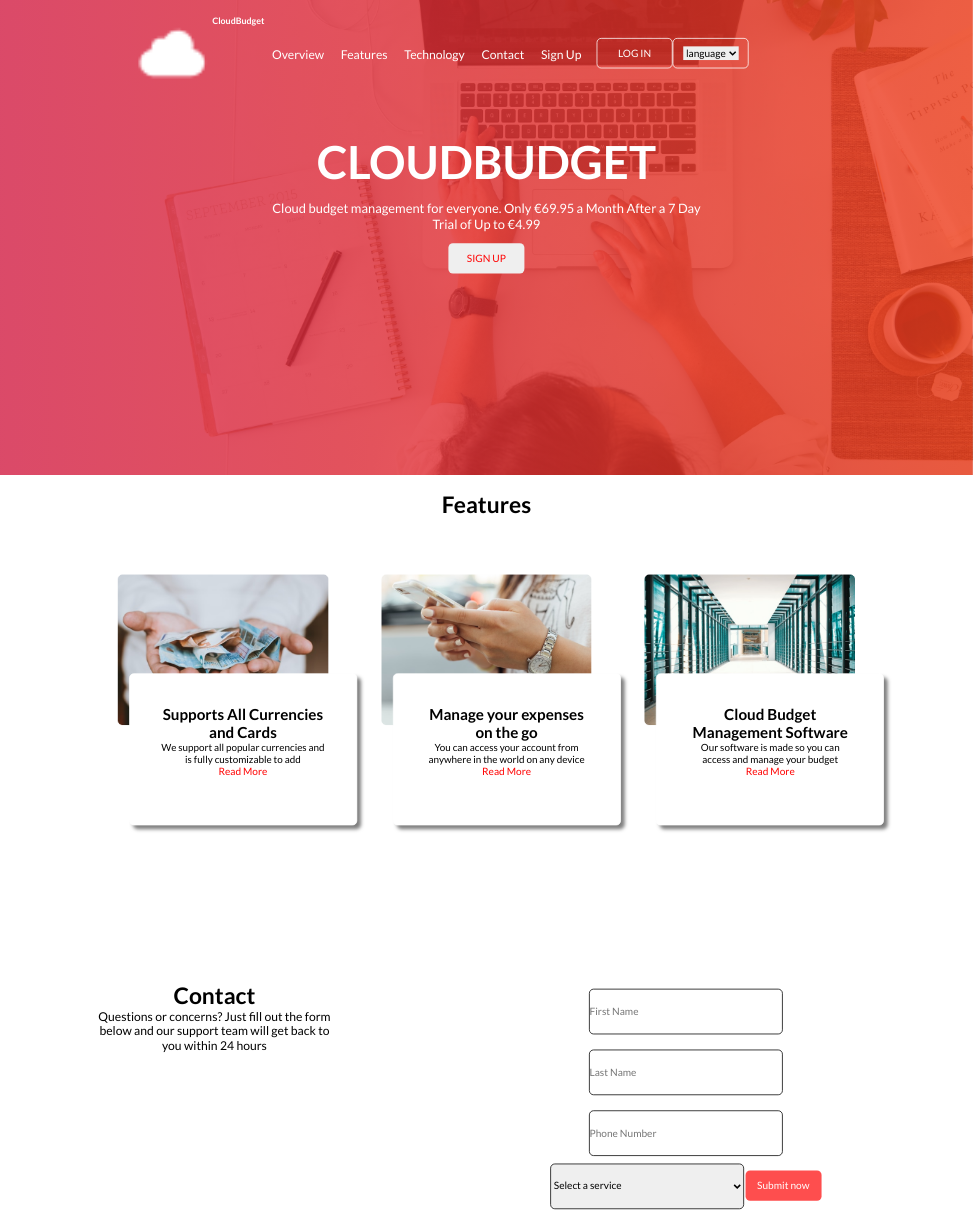
Repository: havvanurrana/website3
Page: index.html
These files come from the project's save history. The page is drawn as it stood at one moment and after the next save; the edit follows.
The browser window is 1280 px wide. The pictures show the whole page, at 76% of full size.

Above is the page before, as saved 2024-07-30 21:47:31.
Console error: TypeError: Cannot read properties of null (reading 'addEventListener')

### index.html
<!DOCTYPE html>
<html lang="tr">
  <head>
    <meta charset="UTF-8" />
    <meta name="viewport" content="width=device-width, initial-scale=1.0" />
    <title>CloudBudget</title>
    <link rel="stylesheet" href="style.css" />
    <link
      rel="stylesheet"
      href="https://cdnjs.cloudflare.com/ajax/libs/font-awesome/6.5.2/css/all.min.css"
      integrity="sha512-SnH5WK+bZxgPHs44uWIX+LLJAJ9/2PkPKZ5QiAj6Ta86w+fsb2TkcmfRyVX3pBnMFcV7oQPJkl9QevSCWr3W6A=="
      crossorigin="anonymous"
      referrerpolicy="no-referrer"
    />
    <link
      href="https://fonts.googleapis.com/css2?family=Lato:wght@400;700&display=swap"
      rel="stylesheet"
    />
  </head>
  <body>
    <section class="overview-section">
        <div class="linear-gradient"></div>
        <div class="content">
            <h3>CLOUDBUDGET</h3>
            <p>
                Cloud budget management for everyone. Only €69.95 a Month After a 7
                Day Trial of Up to €4.99
            </p>
            <button>SIGN UP</button>
        </div>
    </section>
    <header class="header-menu">
        <div class="markaamblem">
            <img src="assets/cloud.png" />
            <h3>CloudBudget</h3>
        </div>
        <nav class="navbar">
            <a href="#" class="navbarsect">Overview</a>
            <a href="#" class="navbarsect">Features</a>
            <a href="#" class="navbarsect">Technology</a>
            <a href="#" class="navbarsect">Contact</a>
            <a href="#" class="navbarsect">Sign Up</a>
        </nav>
        <div class="buttons">
            <button>LOG IN</button>
            <button>
                <select id="language" name="language">
                    <option value="">language</option>
                    <option value="uk">UK</option>
                    <option value="turk">Turkish</option>
                    <option value="sp">Spanish</option>
                    <option value="fr">French</option>
                </select>
            </button>
                <div class="toggle-menu">
                    <button>
                        <i class="fas fa-bars"></i>
                    </button>
                </div>
        </div>
    </header>

    <!--features kısmı -->
    <div class="featureshead">
        <h1>Features</h1>
    </div>
    <div class="features">
        <div class="featuressection">
            <div class="img">
                <img src="../assets/money.png" />
            </div>
            <div class="featurescard">
                <div>
                    <h1>Supports All Currencies and Cards</h1>
                </div>
                <div>
                    <p>
                        We support all popular currencies and is fully customizable to add
                    </p>
                </div>
                <button>Read More</button>
            </div>
      </div>
      <div class="featuressection">
          <div>
                <div class="img">
                    <img src="../assets/hand.png" />
                </div>
                <div class="featurescard">
                    <h1>Manage your expenses on the go</h1>
                        <p>
                          You can access your account from anywhere in the world on any
                          device
                        </p>
                    <button>Read More</button>
                </div>
            </div>
      </div>
          <div class="featuressection">
              <div>
                    <div class="img">
                        <img src="../assets/building.png" />
                    </div>
                    <div class="featurescard">
                          <h1>Cloud Budget Management Software</h1>
                          <p>Our software is made so you can access and manage your budget</p>
                          <button>Read More</button>
                    </div>
              </div>
          </div>
    </div>
    <!--contact kısmı-->
    <section >
        <div class="contact">
        <div class="contact-text">
            <h1>Contact</h1>
            <p>
              Questions or concerns? Just fill out the form below and our support
              team will get back to you within 24 hours
            </p>
        </div>
        <div class="input">
            <input
            type="text"
            id="username"
            name="username"
            placeholder="First Name"
            />
            <input
            type="text"
            id="username"
            name="username"
            placeholder="Last Name"
            />
            <input
            type="text"
            id="username"
            name="username"
            placeholder="Phone Number"
            />
            <select id="service" name="service">
            <option value="">Select a service</option>
            <option value="service1">Service 1</option>
            <option value="service2">Service 2</option>
            <option value="service3">Service 3</option>
            <option value="service4">Service 4</option>
            </select>
            <button>Submit now</button>
        </div>
    </div>
    </section>
    <script>
        document.addEventListener('DOMContentLoaded', function() {
  const menuIcon = document.getElementById('menu-icon');
  const navList = document.getElementById('nav-list');

  menuIcon.addEventListener('click', function() {
    navList.classList.toggle('show');
  });
});
    </script>
  </body>
</html>

### style.css
/* genel*/
*{
   margin:0;
   padding: 0;
   box-sizing: border-box;
   outline: none;
   border: none;
   text-decoration: none;
   font-family: Lato;
}

html {
    font-size: 62.5%;
    overflow-x: hidden;
    scroll-behavior: smooth;
    scroll-padding-top: 9rem ;
 }
h1{
   font-size: 30px;
}
 /* header menu ve  amblem ve ilk ekran cssleri*/

.markaamblem{
   display: flex;
   justify-content: flex-start;
   color: white;
}

.header-menu{
   display: flex;
   justify-content: space-between;
   align-items: center ;
   padding: 0 7%;
   margin: 2rem 7%;
   z-index: 3;
   top: 0;
   position:absolute;
}
.header-menu .markaamblem img{
   height: 10rem;
}
.header-menu .navbar a{
   margin: 0 1rem;
   font-size: 1.6rem;
   color: white;
   z-index: 2;
}
  .header-menu button{
   border: 1px , solid, rgb(255, 255, 255);
   border-radius: 6px;
   color:rgb(255, 255, 255);
   width: 100px;
   height: 40px;
   gap: 0px;
   background-color: transparent;
}
 .header-menu .buttons{
   padding-left: 10px;
   left: 1000px;
   display: flex;
   justify-content: flex-end;
 /*  position: absolute;*/
}
.overview-section{
   min-height: 100vh;
   display: flex;
   text-align: center;
   align-items: center;
   justify-content: center;
   background:  url(../assets/image1.png)
   no-repeat;
   background-size: cover;
   margin-top: -9.5rem;
}

.overview-section .content {
   max-width: 60rem;
   margin: 0.5rem;
   z-index: 2;
}
.overview-section .content h3{
   font-size: 6rem;
   margin: 0.5rem;
   color: white;
}
.overview-section .content p{
   font-size: 1.7rem;
   margin: 1.5rem;
   color: white;
}
.overview-section .content button{
   border:1px;
   width: 100px;
   height: 40px;
   border-radius: 6px;
   color: red;

}

.linear-gradient{
   min-height: 100vh;
   width: 100%;
   display: flex;
   z-index: 1;
   background: linear-gradient(90deg, rgba(213, 32, 71, 0.8) 0%, rgba(238, 61, 27, 0.8) 100%);
   position: absolute;
}

/* features kısmı*/
/* başlık*/
.featureshead{
   text-align: center;
   justify-content: center;
   margin: 1rem;
   padding: 1rem;
}
/* Kartlar*/
.features{
   display: grid;
   grid-template-columns: repeat(auto-fit, minmax(30rem, 1fr));
   margin:3rem;
   padding: 0 7%;
}
.featurescard{
   border-radius:0.6rem;
   border: 1px, solid, rgb(255, 255, 255);
   width: 30rem;
   height: 20rem;
   text-align: center;
   justify-content: center;
   align-items: center;
   padding: 4rem;
   margin: 3rem;
   background-color: white;
   transform: translate(-5%,-50%);
   box-shadow: 5px 5px 5px rgba(0, 0, 0,0.5);
}
.featuressection{
   justify-content: center;
   align-items: center;
   margin: 1rem;
   padding: 2.5rem;
}
.features img{
   width: 100%;
   object-fit: cover;
}
.featurescard h1{
   font-size: 2rem;
}
.featurescard p{
   font-size: 1.3rem;
}
.featurescard button{
   border: none;
   background-color: transparent;
   color: red;
}

/*Contact kısmı */


.contact{
   display: flex;
   flex-direction: row;
   margin: 2rem;
}
.contact div{
   text-align: center;
   justify-content: center;
   align-items: center;
   padding: 0 7%;
   margin: 1rem;
}
.contact h1{
   font-size: 30px;
}
.contact p{
   font-size: 16px;
}
input{
   width: 255px;
   height: 60px;
   border: 1px, solid, black;
   border-color: rgb(0, 0, 0);
   border-radius: 6px;
   margin: 1rem;
}
.contact select{
   width: 255px;
   height: 60px;
   border: 1px, solid, black;
   border-color: rgb(0, 0, 0);
   border-radius: 6px;
}
.contact button{
   width: 100px;
   height: 40px;
   border-radius: 6px;
   color: white;
   background-color: rgb(254, 78, 78);
}


/* toggle menu*/

.toggle-menu {
   display: none;
}

@media (max-width: 1200px) {
   .navbar {
       display: none;
   }
   .toggle-menu {
       display: block;
       left: 90%;
       position: absolute;
   }
}

.toggle-menu.active + .navbar {
   display: flex;
   flex-direction: column;
   position: absolute;
   top: 100%;
   left: 0;
   right: 0;
   background-color: #333;
   z-index: 1;
}

.toggle-menu button {
   background: none;
   border: none;
   color: white;
   font-size: 2rem;
}

After the next save:
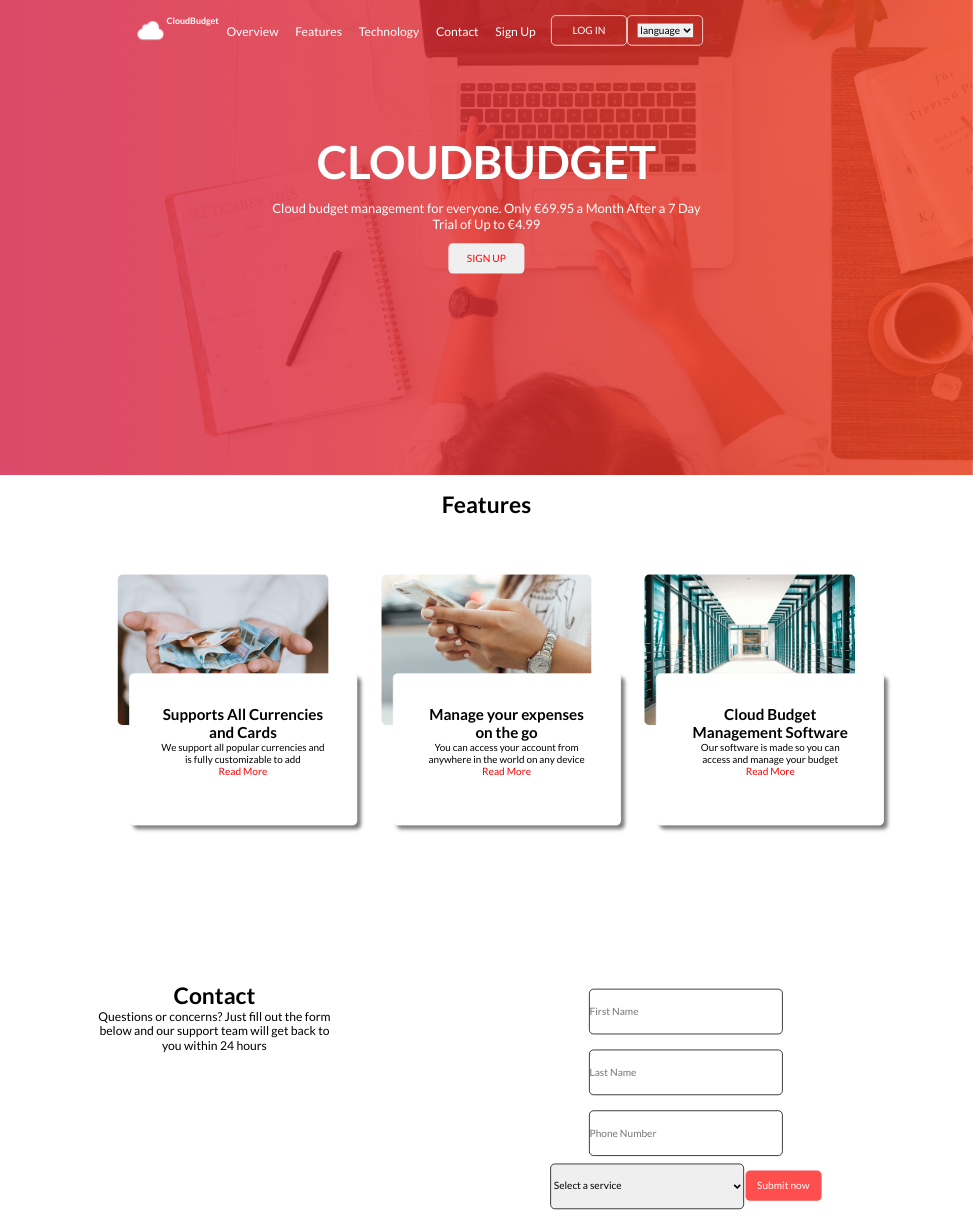
Saved 13 s later.
--- a/style.css
+++ b/style.css
@@ -37,7 +37,7 @@ h1{
    position:absolute;
 }
 .header-menu .markaamblem img{
-   height: 10rem;
+   height: 4rem;
 }
 .header-menu .navbar a{
    margin: 0 1rem;
